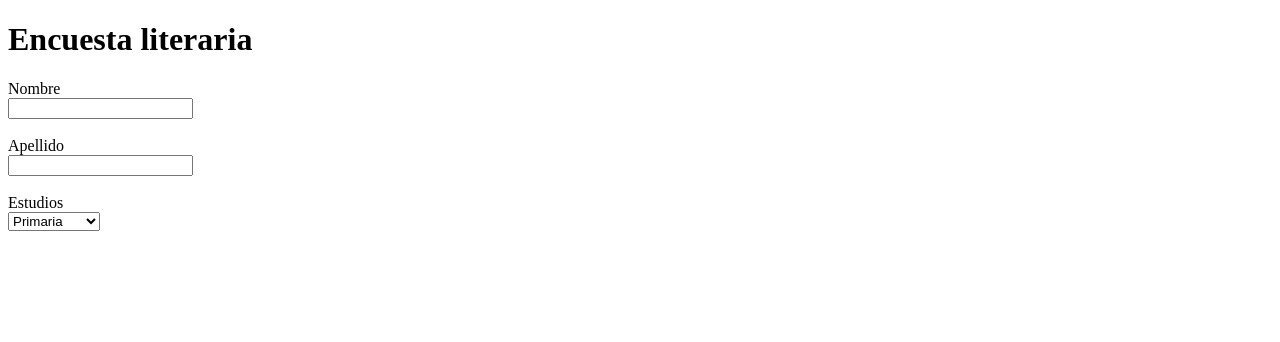
Repository: cabotillo/javaee
Page: Encuesta/WebContent/index.html
An editor plug-in stored every save of this project. The page is shown before and after the next save, followed by the edit.
The browser window is 1280 px wide. The pictures show the whole page.

Above is the page before, as saved 2017-02-16 17:48:50.

### Encuesta/WebContent/index.html
<!DOCTYPE html>
<html>
<head>
<meta charset="UTF-8">
<title>Insert title here</title>
</head>
<body>
<h1>Encuesta literaria</h1>
<form action="/Encuesta/mostrar">
Nombre<br><input type="text" name="nombre"><br><br>
Apellido<br><input type="text" name="apellido"><br><br>
Estudios<br><select name="estudios"><option>Primaria</option><option>Secundaria</option><option>Bachillerato</option></select><br><br>
</form>
</body>
</html>

After the next save:
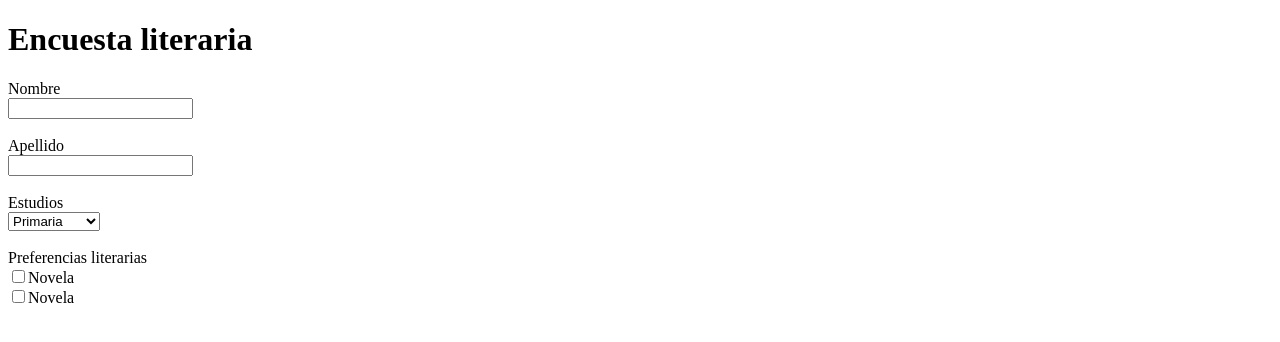
Saved 67 s later.
--- a/Encuesta/WebContent/index.html
+++ b/Encuesta/WebContent/index.html
@@ -10,6 +10,8 @@
 Nombre<br><input type="text" name="nombre"><br><br>
 Apellido<br><input type="text" name="apellido"><br><br>
 Estudios<br><select name="estudios"><option>Primaria</option><option>Secundaria</option><option>Bachillerato</option></select><br><br>
+Preferencias literarias<br><input type="checkbox" name="preferencias" value="Novela" cheked>Novela<br>
+<input type="checkbox" name="preferencias" value="Novela" cheked>Novela<br>
 </form>
 </body>
 </html>
